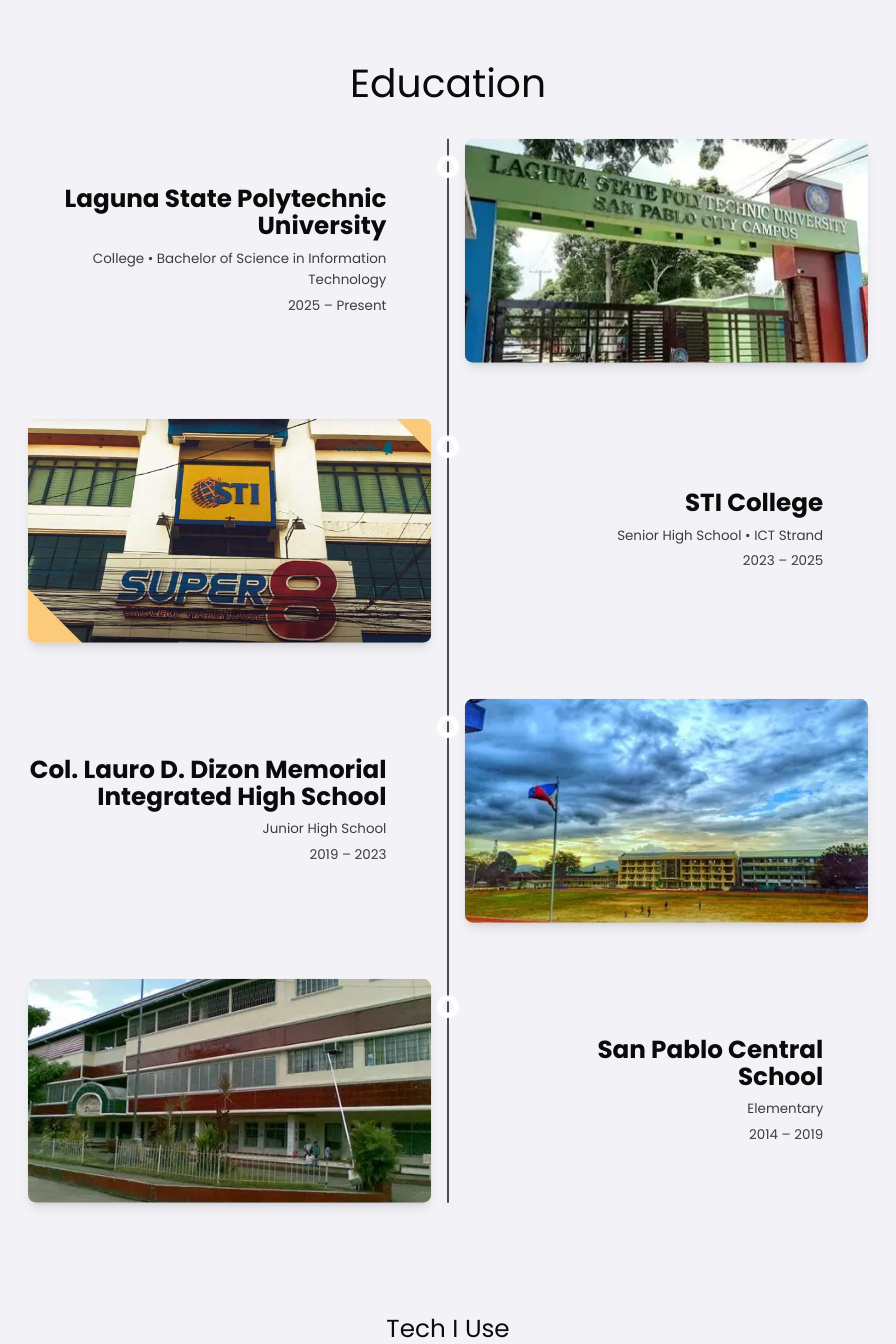
Repository: Latrell26/Portfolio-schoolProject
Page: /
These files come from the project's save history. The page is drawn as it stood at one moment and after the next save; the edit follows.
The browser window is 1280 px wide. The pictures show the part of the page from y = 1526 to 3446 px (the page is 6180 px tall), at 70% of full size.
The project was rebuilt for these pictures with package versions that can differ from the ones it lists, and the page was loaded fresh each time. Also part of the build but not shown: svelte.config.js, vite.config.js.

Above is the page before, as saved 2026-01-02 22:40:29.

### index.html
<!doctype html>
<html lang="en">
  <head>
    <meta charset="UTF-8" />
    <link rel="icon" type="image/svg+xml" href="/vite.svg" />
    <meta name="viewport" content="width=device-width, initial-scale=1.0" />
    <title>my-portfolio</title>
    <link rel="preconnect" href="https://fonts.googleapis.com">
<link rel="preconnect" href="https://fonts.gstatic.com" crossorigin>
<link href="https://fonts.googleapis.com/css2?family=Poppins:ital,wght@0,100;0,200;0,300;0,400;0,500;0,600;0,700;0,800;0,900;1,100;1,200;1,300;1,400;1,500;1,600;1,700;1,800;1,900&display=swap" rel="stylesheet">
 <link
    rel="stylesheet"
    href="https://cdnjs.cloudflare.com/ajax/libs/font-awesome/6.5.0/css/all.min.css"
  />
  </head>
  <body>
    <div id="app"></div>
    <script type="module" src="/src/main.js"></script>
  </body>
</html>

### src/app.css
@import "tailwindcss";

@theme {
  --color-dark: var(--dark);
  --color-medyolight: var(--medyolight);
  --color-light: var(--light);
}

:root {
  font-family: poppins;
  line-height: 1.5;
  font-weight: 400;
  color-scheme: light dark;
  color: #0B0B0B;
  background-color: #F2F2F7;
  font-synthesis: none;
  text-rendering: optimizeLegibility;
  -webkit-font-smoothing: antialiased;
  -moz-osx-font-smoothing: grayscale;
  --dark: #0B0B0B;
  --light: #F2F2F7;
  --medyolight: #3D3D3D;
  --light_bg: #F2F2F7;

  --tooltip-bg: var(--dark);
  --tooltip-text: var(--light);
  --tooltip-border: var(--dark);
}

.dark-mode {
  --dark: #0B0B0B;
  --medyolight: #E0E0E0;
  --light: #F2F2F7;
  --light_bg: #0B0B0B;
}

.dark-mode {
  background-color: var(--dark);
  color: var(--light);
  border-top-color: var(--light);
}

html{
  scroll-behavior: smooth;
  transition: color 0.3s ease;

}

h1 {
  font-size: clamp(4rem, 7vw, 8rem);
  font-weight: 700;
  line-height: 1.1;
}
h2 {
  font-size: clamp(2rem, 6vw, 3.5rem);
  line-height: 1.1;
}
h3 {
  font-size: clamp(2rem, 6vw, 2.2rem);
  line-height: 1.1;
}
h4 {
  font-size: clamp(1rem, 6vw, 2rem);
  line-height: 1.1;
}
h5{
  font-size: clamp(2rem, 3vw, 2.5rem);
}
p{
  font-size: clamp(1rem, 6vw, 1.2rem);
  color: var(--medyolight);
}

span{
  color: var(--light);
}

.border-light {
  border-color: transparent;
}
.border-t-light {
  border-top-color: var(--dark);
}

@keyframes slide {
    from {
      transform: translateX(-100%);
    }
    to {
      transform: translateX(0);
    }
  }

### src/lib/navBar.svelte
<script>
  import { onMount } from "svelte";

  let isDark = false;
  let currentIcon;
  let menuOpen = false;
  let scrolled = false;
  let activeSection = "home";

  let prevScrollY = 0;
  let navbarVisible = true;
  let forceHide = false;

  const sunIcon = `
    <svg xmlns="http://www.w3.org/2000/svg" viewBox="0 0 24 24"
         fill="none" stroke="currentColor" class="w-4 h-4">
      <path stroke-linecap="round" stroke-linejoin="round" stroke-width="2"
            d="M12 3v1m0 16v1m9-9h-1M4 12H3
               m15.364 6.364l-.707-.707
               M6.343 6.343l-.707-.707
               m12.728 0l-.707.707
               M6.343 17.657l-.707.707
               M16 12a4 4 0 11-8 0 4 4 0 018 0z"/>
    </svg>
  `;

  const moonIcon = `
    <svg xmlns="http://www.w3.org/2000/svg" viewBox="0 0 24 24"
         fill="none" stroke="currentColor" class="w-4 h-4">
      <path stroke-linecap="round" stroke-linejoin="round" stroke-width="2"
            d="M20.354 15.354A9 9 0 018.646 3.646
               9.003 9.003 0 0012 21
               a9.003 9.003 0 008.354-5.646z"/>
    </svg>
  `;

  function applyDarkMode(value) {
    document.documentElement.classList.toggle("dark-mode", value);
    localStorage.setItem("darkMode", value);
    currentIcon = value ? moonIcon : sunIcon;
  }

  function toggleDarkMode() {
    isDark = !isDark;
    applyDarkMode(isDark);
  }

  function hideNavbarAfterClick() {
    forceHide = true;
    navbarVisible = false;
    setTimeout(() => forceHide = false, 1200);
  }

  onMount(() => {
    const saved = localStorage.getItem("darkMode");
    isDark = saved !== null
      ? saved === "true"
      : window.matchMedia("(prefers-color-scheme: dark)").matches;
    applyDarkMode(isDark);

    const handleScroll = () => {
      if (forceHide) return;

      const currentScrollY = window.scrollY;
      scrolled = currentScrollY > 50;

      if (currentScrollY > prevScrollY && currentScrollY > 100) {
        navbarVisible = false;
      } else if (currentScrollY < prevScrollY) {
        navbarVisible = true;
      }

      if (currentScrollY <= 10) navbarVisible = true;
      prevScrollY = currentScrollY;
    };

    window.addEventListener("scroll", handleScroll);

    const sections = document.querySelectorAll("section[id]");
    const observer = new IntersectionObserver(
      entries => {
        entries.forEach(entry => {
          if (entry.isIntersecting) activeSection = entry.target.id;
        });
      },
      { threshold: 0.5 }
    );
    sections.forEach(sec => observer.observe(sec));

    return () => {
      window.removeEventListener("scroll", handleScroll);
      observer.disconnect();
    };
  });
</script>

<nav
  class={`fixed top-0 left-0 right-0 z-50 py-2 transition-all duration-300 ease-out
  bg-transparent ${scrolled ? "bg-white/10 border-b border-white/20 backdrop-blur-xl shadow-md" : "border-b border-transparent"}
  ${navbarVisible ? "translate-y-0" : "-translate-y-full"}`}
>
  <div class="flex justify-between items-center max-w-7xl mx-auto px-4">
    <h5 class="font-semibold">LC</h5>

    <ul class="hidden md:flex gap-12 text-lg">
      {#each ["home","about","education","projects","contact"] as item}
        <li class="hover:underline underline-offset-4">
          <a href={`#${item}`} on:click={hideNavbarAfterClick}
             class={activeSection === item ? "underline" : ""}>
            {item[0].toUpperCase() + item.slice(1)}
          </a>
        </li>
      {/each}
    </ul>

    <button class="md:hidden text-2xl" on:click={() => menuOpen = true}>☰</button>

    <button
      on:click={toggleDarkMode}
      class="hidden md:flex relative w-14 h-7 rounded-full bg-white shadow-md flex items-center cursor-pointer"
    >
      <div class="w-7 h-7 rounded-full transition-all duration-300 flex items-center justify-center text-white
                  {isDark ? 'bg-dark translate-x-7' : 'bg-yellow-500 translate-x-0'}">
        {@html currentIcon}
      </div>
    </button>
  </div>
</nav>

<div
  class={`fixed top-0 right-0 h-full w-64 bg-black/80 backdrop-blur-xl text-white p-6 z-40
    transition-transform duration-300 ${menuOpen ? "translate-x-0" : "translate-x-full"}`}
>
  <button class="text-3xl mb-6" on:click={() => menuOpen = false}>✕</button>

  <button
    on:click={toggleDarkMode}
    class="relative w-14 h-7 rounded-full bg-white shadow-md flex items-center cursor-pointer mb-6"
  >
    <div class="w-7 h-7 rounded-full transition-all duration-300 flex items-center justify-center text-white
                {isDark ? 'bg-dark translate-x-7' : 'bg-yellow-500 translate-x-0'}">
      {@html currentIcon}
    </div>
  </button>

  <ul class="flex flex-col gap-6 text-xl">
    {#each ["home","about","education","projects","contact"] as item}
      <li>
        <a href={`#${item}`} on:click={() => { menuOpen = false; hideNavbarAfterClick(); }}
           class={activeSection === item ? "underline" : ""}>
          {item[0].toUpperCase() + item.slice(1)}
        </a>
      </li>
    {/each}
  </ul>
</div>

<style>
  .dark-mode {
    --dark: #0B0B0B;
    --light: #F2F2F7;
    background-color: var(--dark);
    color: var(--light);
  }
</style>

### src/lib/footer.svelte
    <script>
    import * as img from "../imagedata.js";
    </script>

    <footer class="" >
    <div class="max-w-7xl mx-auto">

        <div class="max-w-2xl">

        <h2 class="">Let's work together</h2>

        <form class="mt-10 space-y-8">
            <div>
            <p class="">Name</p>
            <input
                type="text"
                required
                placeholder="Yourname"
                class="w-full px-0 py-2 bg-transparent border-b-2
                    focus:outline-none
                    placeholder-medyolight"
            />
            </div>

            <div>
            <p class="">Email</p>
            <input
                type="email"
                required
                placeholder="your.email@example.com"
                class="w-full px-0 py-2 bg-transparent border-b-2
                    focus:outline-none
                    placeholder-medyolight"
            />
            </div>
            <div>
            <p class="">Message</p>
            <textarea
                required
                rows="3"
                placeholder="Say hello..."
                class="w-full px-0 py-2 bg-transparent border-b-2
                    focus:outline-none
                    resize-none placeholder-medyolight"
            ></textarea>
            </div>

            <button
            type="submit"
            class="px-8 py-4 bg-dark rounded-lg text-light cursor-pointer hover:bg-light border-1  hover:text-dark duration-400 ease-out"
            >
            Send message
            </button>
        </form>

        <div class="flex flex-row items-center gap-4 mt-16">
            <a
            href="https://www.facebook.com/share/1Da6x7yam2/"
            >
            <i class="fa-brands fa-facebook text-[2.2rem] hover:text-[#1877F2] duration-300"></i>

            </a>
            <a
            href="https://www.linkedin.com/in/latrell-cruz-a11975387/"
            >
            <i class="fa-brands fa-linkedin text-[2.3rem] hover:text-[#0A66C2] duration-300"></i>

            </a>
            <a
            href="https://github.com/Latrell26"
            >
            <i class="fa-brands fa-github text-[2.3rem] duration-300"></i>
            </a>
        </div>


        <div class="mt-16 mb-8">
            <h6 class="text-sm text-medyolight">© 2025 Latrell Cruz. All rights reserved.</h6>
        </div>

        </div>
    </div>
    </footer>

### src/lib/components-cards.svelte
<script>
    export let image = "";
    export let title = "";
    export let text = "";
    export let logo = [];
    export let url = "#";

    let isDisabled = title === "Soon...";
</script>

<div class="group">
    <a
        href={isDisabled ? "#" : url}
        target="_blank"
        rel="noopener noreferrer"
        class={`block ${isDisabled ? 'pointer-events-none cursor-not-allowed' : ''}`}
    >
        <div class="mb-4 relative rounded-lg overflow-hidden">
            <div>
                <img
                    src={image}
                    alt={title}
                    class={`w-[600px] h-[350px] object-cover transition-transform duration-400 ease-out
                        ${isDisabled ? '' : 'group-hover:scale-104 cursor-pointer'}`}
                />

                <div class={`absolute inset-0
                            ${isDisabled ? 'opacity-0' : 'opacity-0 group-hover:opacity-100'}
                            transition-opacity duration-400 ease-out
                            backdrop-blur-sm
                            bg-white/5
                            flex items-end justify-center pb-8
                            pointer-events-none`}
                >
                    {#if !isDisabled}
                    <div class="bg-white/20 backdrop-blur-lg rounded-xl px-6 py-2 border border-white/30 shadow-xl
                                translate-y-4 group-hover:translate-y-0 transition-transform duration-400 ease-out">
                        <p class=" tracking-wide drop-shadow-lg">
                            <span>View project →</span>

                        </p>
                    </div>
                    {/if}
                </div>
            </div>
        </div>
    </a>

    <div>
        <h3 class="font-semibold mb-2">
            {title}
        </h3>

        <p class="leading-relaxed mb-2 max-w-[37rem] text-justify">
            {text}
        </p>

        <div class="flex gap-2 flex-wrap">
            {#each logo as icon}
                <img
                    src={icon}
                    alt="tech icon"
                    class="w-10 h-10 md:w-12 md:h-12 object-contain"
                />
            {/each}
        </div>
    </div>
</div>

### src/lib/TimeLineItem.svelte
<script>
  export let school = "";
  export let level = "";
  export let year = "";
  export let image = "";
  export let imageAlt = "";
  export let isLeft = true;
</script>

<div class="grid grid-cols-1 lg:grid-cols-2 gap-12 items-center relative mb-20">
    <div class={`text-left lg:text-right lg:pr-16 ${isLeft ? "order-2 lg:order-1" : "order-2 lg:order-2 text-right lg:text-left lg:pl-16"}`}>
        <h3 class="font-bold">{school}</h3>
        <p class="mt-3 text-lg">{level}</p>
        <p class="mt-2 ">{year}</p>
    </div>

    <div class={`${isLeft ? "order-1 lg:order-2" : "order-1 lg:order-1"}`}>
        <div class="rounded-xl shadow-lg overflow-hidden">
            <img
                src={image}
                alt={imageAlt}
                class="w-full h-80 object-cover transition-transform duration-500 hover:scale-105"
            />
        </div>
    </div>

    <div class="hidden lg:block absolute left-1/2 transform -translate-x-1/2 w-4 h-4 bg-primary rounded-full ring-8 ring-white dark:ring-gray-900 top-8"></div>
</div>

Loaded but not shown: src/main.js (common file); src/lib/arrayObjectsData.js (59 lines, source omitted); src/imagedata.js (59 lines, source omitted); src/App.svelte (220 lines, source omitted)

After the next save:
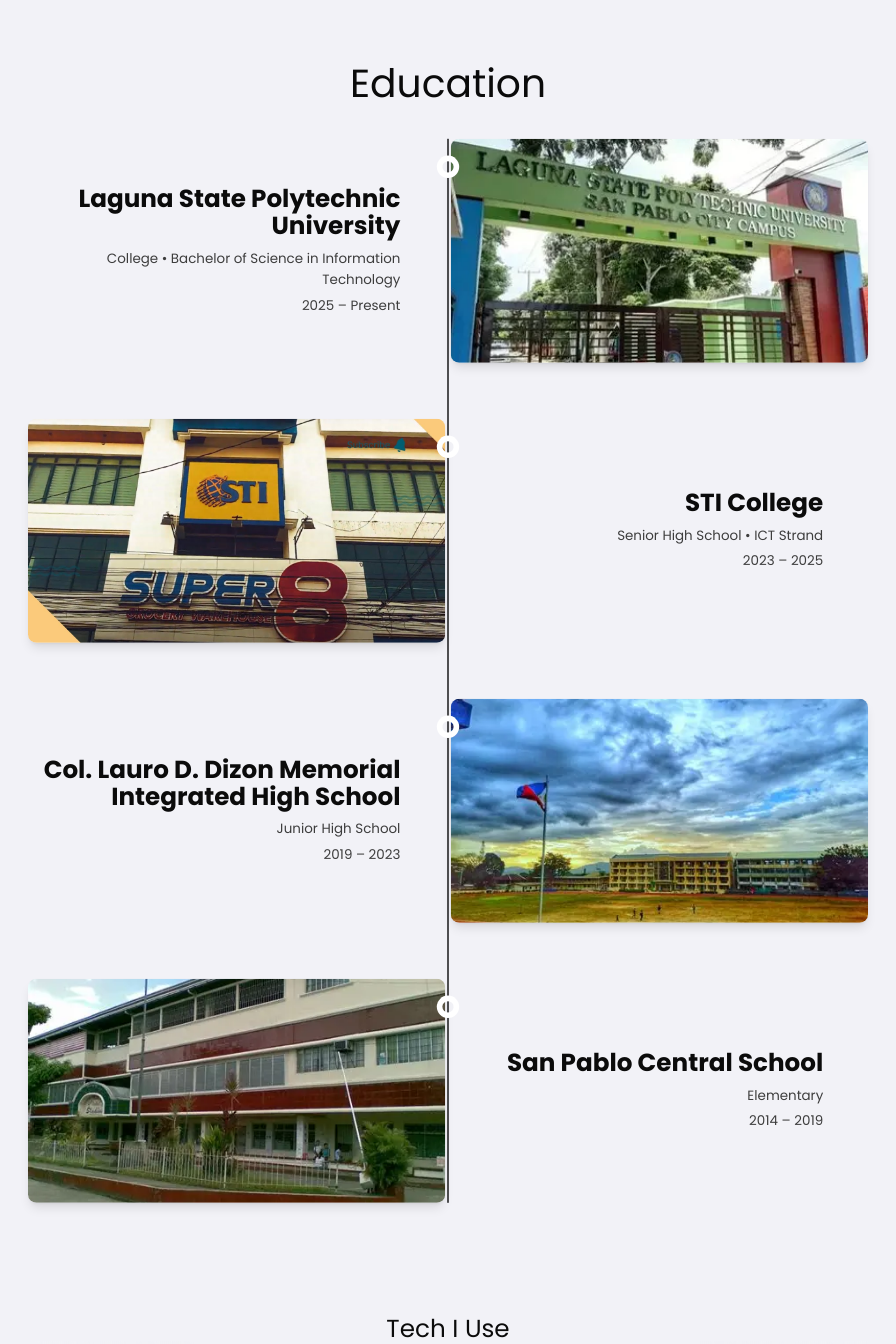
Saved 4 s later.
--- a/src/lib/TimeLineItem.svelte
+++ b/src/lib/TimeLineItem.svelte
@@ -7,7 +7,7 @@
   export let isLeft = true;
 </script>
 
-<div class="grid grid-cols-1 lg:grid-cols-2 gap-12 items-center relative mb-20">
+<div class="grid grid-cols-1 lg:grid-cols-2 gap-2 items-center relative mb-20">
     <div class={`text-left lg:text-right lg:pr-16 ${isLeft ? "order-2 lg:order-1" : "order-2 lg:order-2 text-right lg:text-left lg:pl-16"}`}>
         <h3 class="font-bold">{school}</h3>
         <p class="mt-3 text-lg">{level}</p>

After the save that followed:
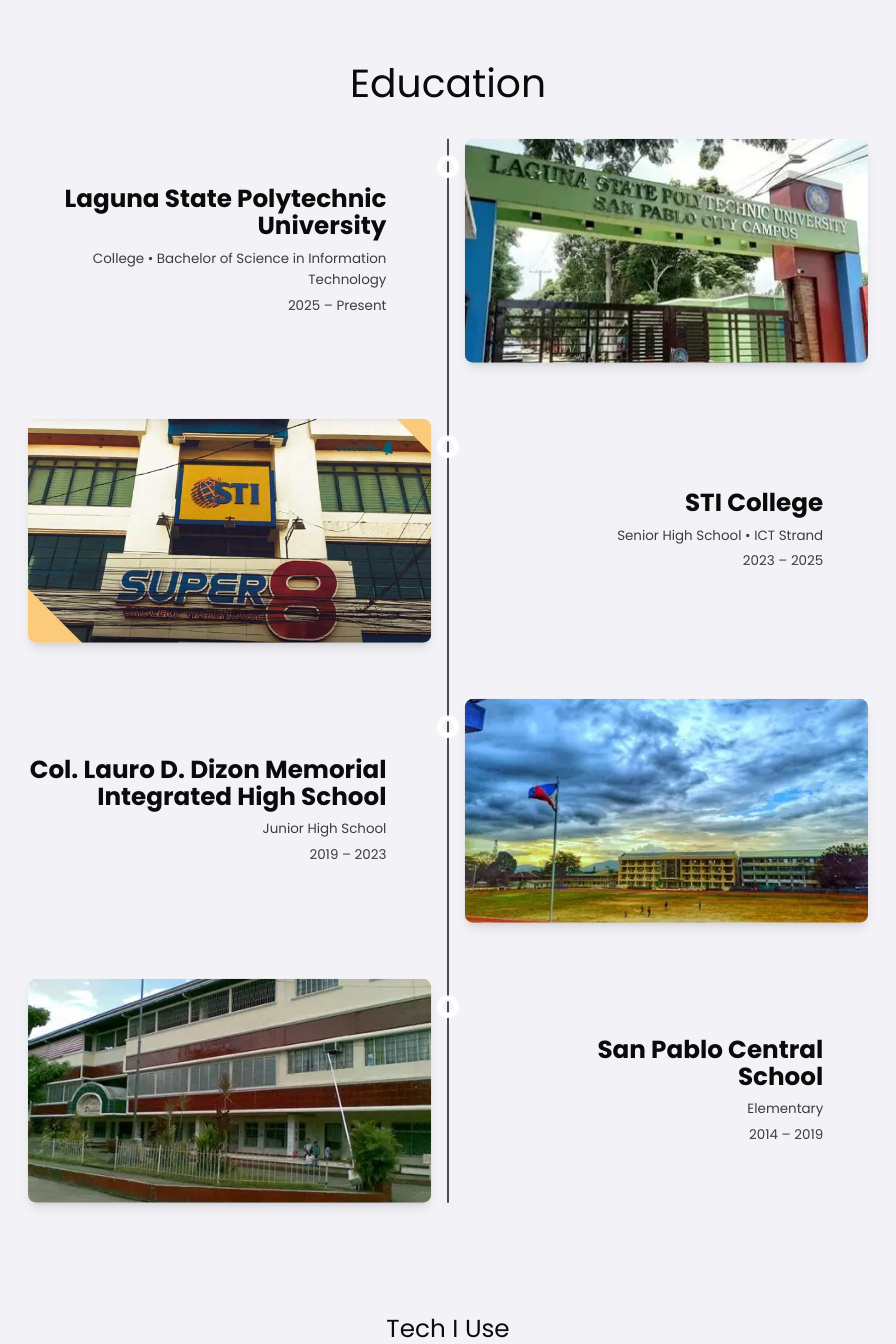
Saved 6 s later.
--- a/src/lib/TimeLineItem.svelte
+++ b/src/lib/TimeLineItem.svelte
@@ -7,7 +7,7 @@
   export let isLeft = true;
 </script>
 
-<div class="grid grid-cols-1 lg:grid-cols-2 gap-2 items-center relative mb-20">
+<div class="grid grid-cols-1 lg:grid-cols-2 gap-12 items-center relative mb-20">
     <div class={`text-left lg:text-right lg:pr-16 ${isLeft ? "order-2 lg:order-1" : "order-2 lg:order-2 text-right lg:text-left lg:pl-16"}`}>
         <h3 class="font-bold">{school}</h3>
         <p class="mt-3 text-lg">{level}</p>
